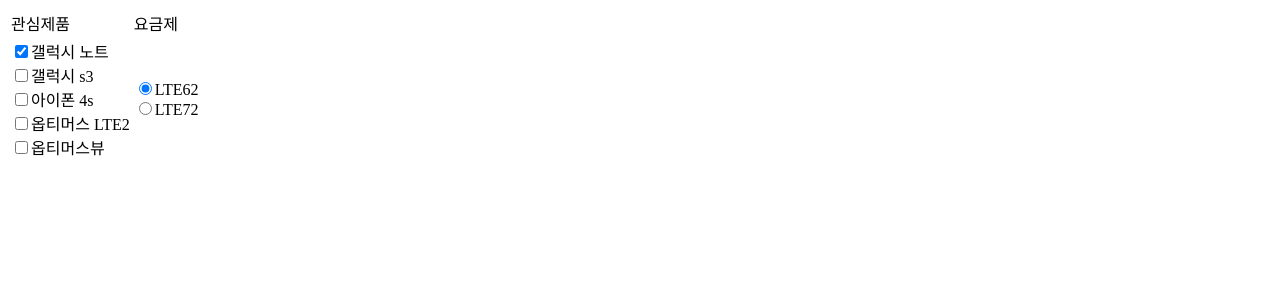
Repository: SeungwanHong/Web-jsp-
Page: http://localhost/20170405/test01_from.jsp
An editor plug-in stored every save of this project. The page is shown before and after the next save, followed by the edit.
The browser window is 1280 px wide. The pictures show the whole page.
The page is served by Tomcat 9.

Above is the page before, as saved 2017-04-05 00:15:14.

After the next save:
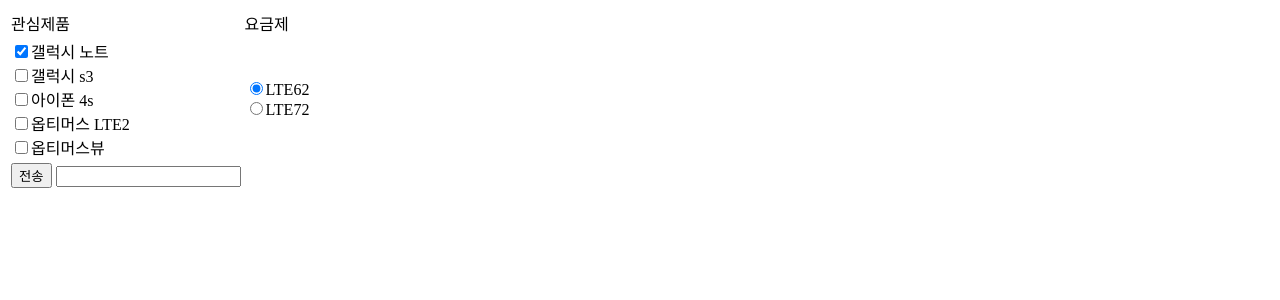
Saved 50 s later.
--- a/20170405/WebContent/test01_from.jsp
+++ b/20170405/WebContent/test01_from.jsp
@@ -27,8 +27,10 @@
 			</td>
 		</tr>
 		<tr>
-			<td colspan="1" align="center"></td>
-			<td></td>
+			<td colspan="1" align="center">
+				<input type="submit" value="전송">
+				<input>
+			</td>
 		</tr>
 	</table>
 </form>
